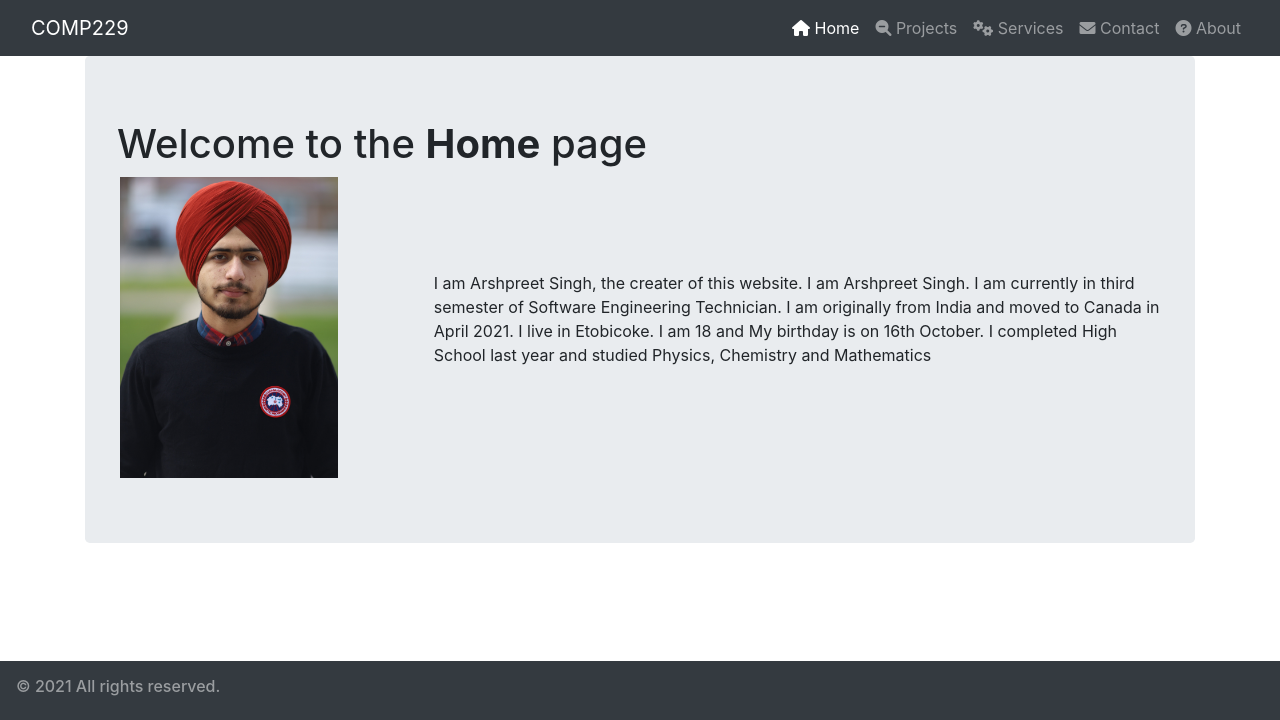
Repository: arsh16/week3_demo2
Page: http://localhost/
These files come from the project's save history. The page is drawn as it stood at one moment and after the next save; the edit follows.
The browser window is 1280 px wide. The pictures show the whole page.
Some web libraries are served in a nearby version. The page is served by the project's Node server (server.js).

Above is the page before, as saved 2021-09-30 17:55:20.

After the next save:
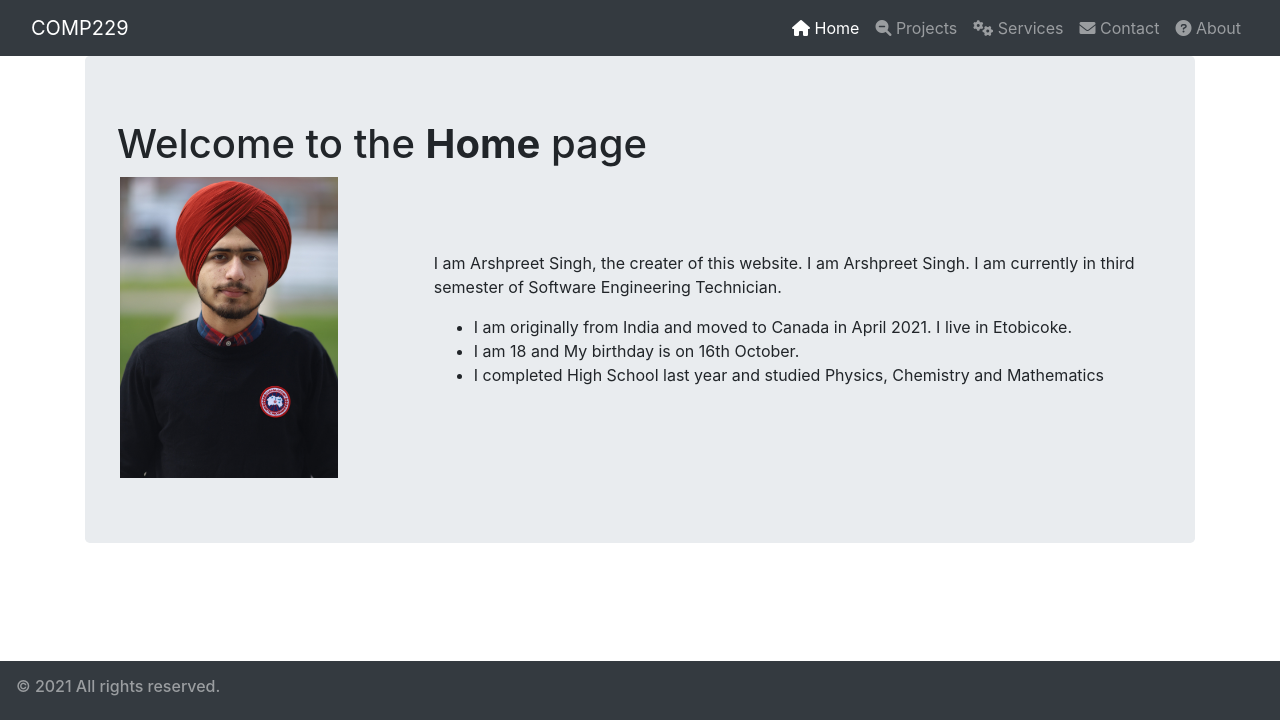
Saved 89 s later.
--- a/views/contents/home.ejs
+++ b/views/contents/home.ejs
@@ -5,9 +5,12 @@
         </td>
         <td>
             <p >I am Arshpreet Singh, the creater of this website. I am Arshpreet Singh. I am currently in third semester of Software Engineering Technician.
-                I am originally from India and moved to Canada in April 2021. I live in Etobicoke.
-                I am 18 and My birthday is on 16th October.
-                I completed High School last year and studied Physics, Chemistry and Mathematics </p>
+                <ul>
+                     <li> I am originally from India and moved to Canada in April 2021. I live in Etobicoke.</li>
+                     <li>I am 18 and My birthday is on 16th October.</li>
+                     <li>I completed High School last year and studied Physics, Chemistry and Mathematics</li>
+                </ul>
+             </p>
         </td>
     </th>
 </table>
